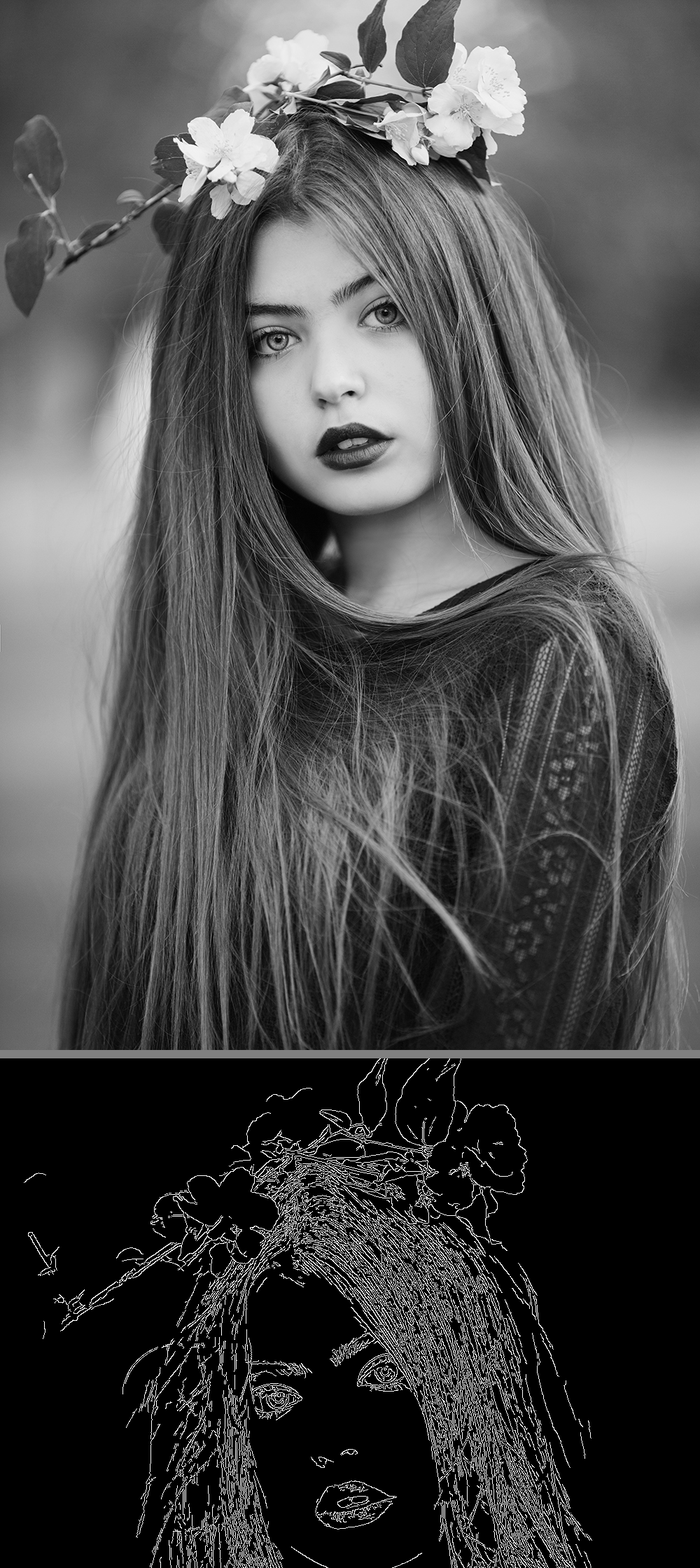
Repository: dongquan1504/ThiGiacMayTinh
Script's output: python threshold.py
The author's editor kept a copy of each file at every save. The script's output is drawn from the files as they stood at one save, then again after the next save.
The pictures show rows 0 to 2240 of an output 3012 px tall, at 70% of full size.
Each picture stacks the figures in order, with grey between them; figures that are only written to a file come last. Random numbers start from a fixed seed. It also reads images.jpg, images2.jpg.

Above is the script's output before, as saved 2023-12-28 16:51:57.

### threshold.py
import cv2

def filter_image_by_canny(image_path, threshold1, threshold2):
    # Đọc ảnh từ đường dẫn, đồng thời chuyển ảnh thành trắng đen
    img = cv2.imread(image_path, cv2.IMREAD_GRAYSCALE)

    # Áp dụng phương pháp Canny để lọc ảnh
    edges = cv2.Canny(img, threshold1, threshold2)

    # Hiển thị ảnh gốc và ảnh đã lọc
    cv2.imshow('Original Image', img)
    cv2.imshow('Canny Filtered Image', edges)
    cv2.waitKey(0)
    cv2.destroyAllWindows()
    cv2.imwrite('new_canny_image.jpg', edges)

# Đường dẫn đến ảnh cần lọc
image_path = "images.jpg"

# Ngưỡng dưới và ngưỡng trên cho phương pháp Canny
threshold1 = 100
threshold2 = 200

# Lọc ảnh bằng phương pháp Canny
filter_image_by_canny(image_path, threshold1, threshold2)

After the next save:
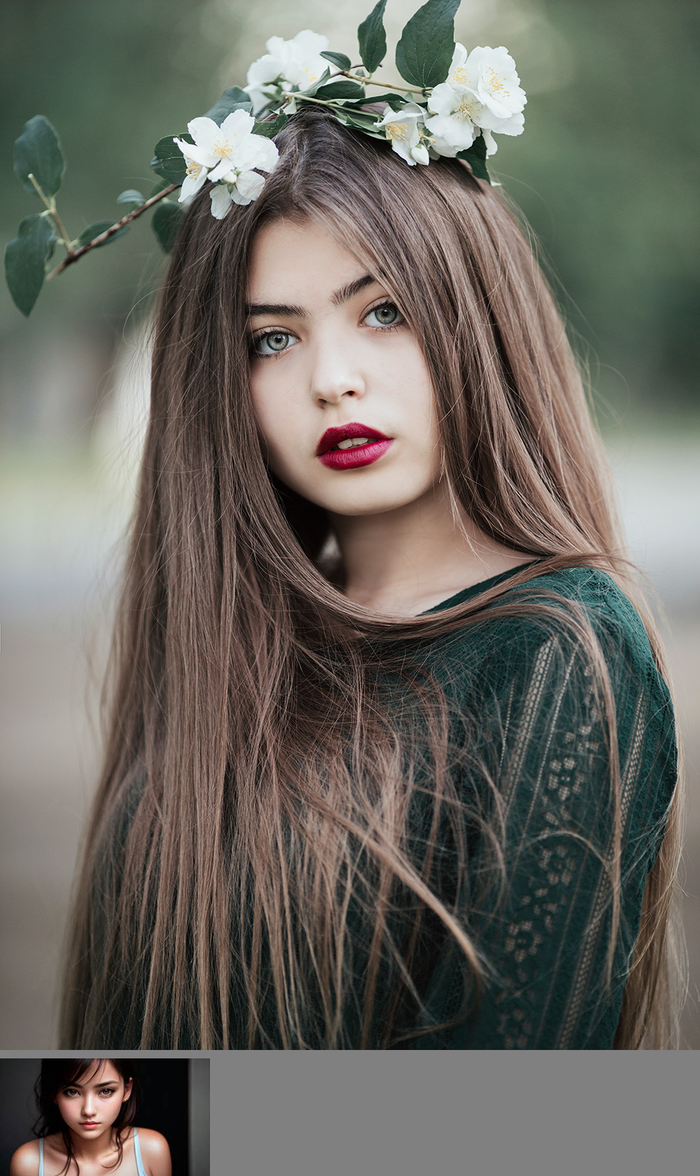
Saved 6 min 48 s later.
--- a/threshold.py
+++ b/threshold.py
@@ -1,25 +1,31 @@
 import cv2
+import numpy as np
 
-def filter_image_by_canny(image_path, threshold1, threshold2):
-    # Đọc ảnh từ đường dẫn, đồng thời chuyển ảnh thành trắng đen
-    img = cv2.imread(image_path, cv2.IMREAD_GRAYSCALE)
+def filter_images_by_contrast(images, threshold):
+    filtered_images = []
+    for image_path in images:
+        img = cv2.imread(image_path)
+        gray = cv2.cvtColor(img, cv2.COLOR_BGR2GRAY)
+        min_val, max_val, _, _ = cv2.minMaxLoc(gray)
+        contrast = (max_val - min_val) / max_val
+        if contrast > threshold:
+            filtered_images.append(img)  # Thêm ảnh gốc vào danh sách đã lọc
+    return filtered_images
 
-    # Áp dụng phương pháp Canny để lọc ảnh
-    edges = cv2.Canny(img, threshold1, threshold2)
+# Đường dẫn đến các ảnh cần lọc
+image_paths = ["images.jpg", "images2.jpg"]
 
-    # Hiển thị ảnh gốc và ảnh đã lọc
-    cv2.imshow('Original Image', img)
-    cv2.imshow('Canny Filtered Image', edges)
+# Ngưỡng độ tương phản
+threshold = 0.8
+
+# Lọc ảnh dựa trên độ tương phản
+filtered_images = filter_images_by_contrast(image_paths, threshold)
+
+# Hiển thị ảnh gốc và các ảnh đã lọc
+for img in filtered_images:
+    cv2.imshow('Filtered Image', img)
     cv2.waitKey(0)
-    cv2.destroyAllWindows()
-    cv2.imwrite('new_canny_image.jpg', edges)
+    cv2.imwrite('new_threshold_image.jpg', img)
 
-# Đường dẫn đến ảnh cần lọc
-image_path = "images.jpg"
-
-# Ngưỡng dưới và ngưỡng trên cho phương pháp Canny
-threshold1 = 100
-threshold2 = 200
-
-# Lọc ảnh bằng phương pháp Canny
-filter_image_by_canny(image_path, threshold1, threshold2)
+# Đóng cửa sổ khi nhấn phím bất kỳ
+cv2.destroyAllWindows()
